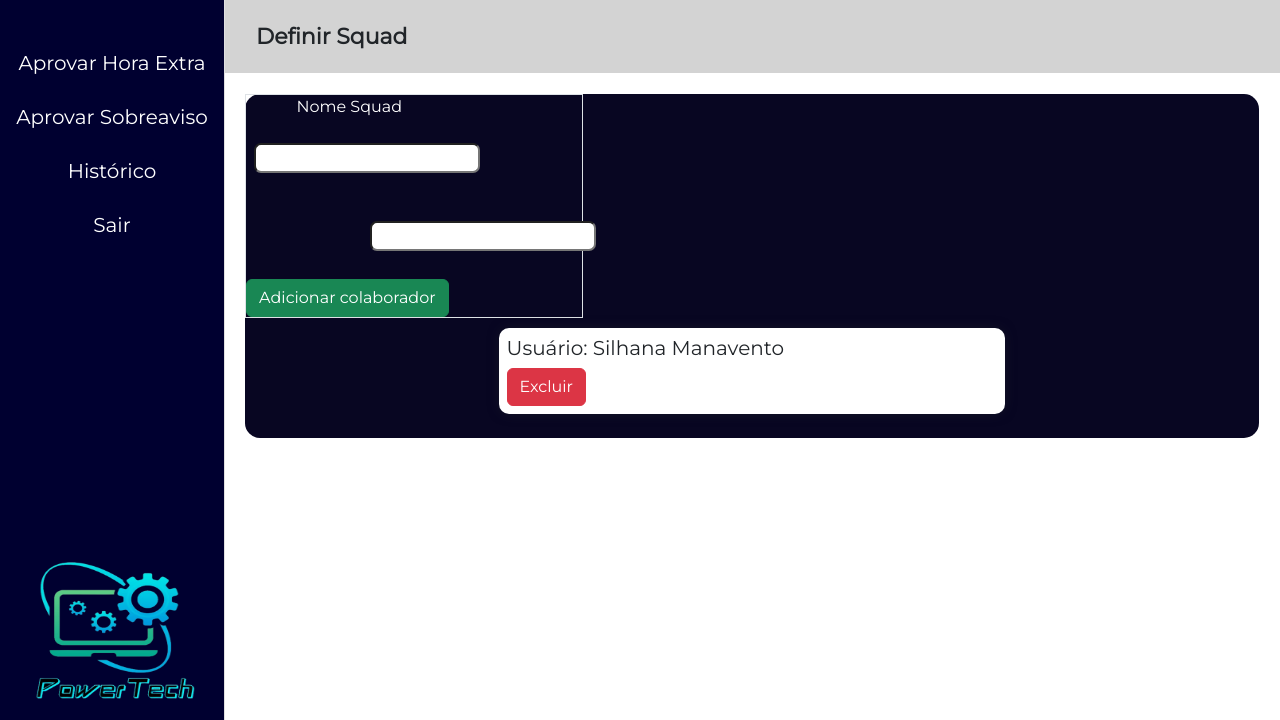
Repository: PowerTech-Fatec/API-2RP-NET
Page: /adm/squad (app in Sprint 3/2rp-web/)
An editor plug-in stored every save of this project. The page is shown before and after the next save, followed by the edit.
The browser window is 1280 px wide. The pictures show the whole page.
The project was rebuilt for these pictures with package versions that can differ from the ones it lists, and the page was loaded fresh each time. Also part of the build but not shown: Sprint 3/2rp-web/src/pages/login/login.js, Sprint 3/2rp-web/src/pages/home/dashboard.js, Sprint 3/2rp-web/src/pages/home/sobreaviso/sobreaviso.css, Sprint 3/2rp-web/src/pages/home/sobreaviso/sobreaviso.js, Sprint 3/2rp-web/src/pages/home/hora-extra/hora-extra.css, Sprint 3/2rp-web/src/pages/home/hora-extra/hora-extra.js, Sprint 3/2rp-web/src/components/cards/Cards.js, Sprint 3/2rp-web/src/pages/home/gestor/aprovar-hora-extra/gestor.js and 3 more.

Above is the page before, as saved 2022-11-02 16:29:15.

After the next save:
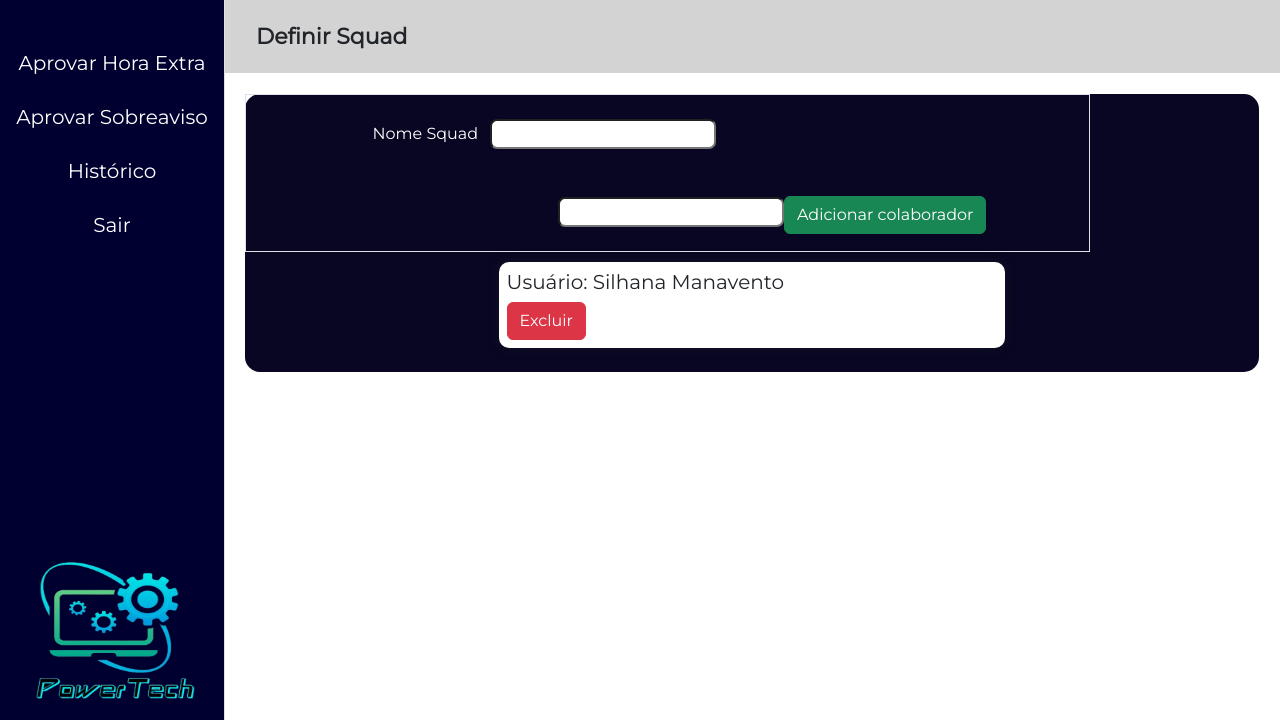
Saved 12 s later.
--- a/Sprint 3/2rp-web/src/pages/home/adm/squad/def-squad.js
+++ b/Sprint 3/2rp-web/src/pages/home/adm/squad/def-squad.js
@@ -15,7 +15,7 @@ function Squad() {
           <div className="background d-flex flex-column aling-itens-center">
 
             <div>
-            <div className="border col-4">
+            <div className="border col-10">
             <span className="soli">
             <label className="font">Nome Squad</label> <input className="squad-name mt-4 mb-4 ml-2"></input>
             </span>
